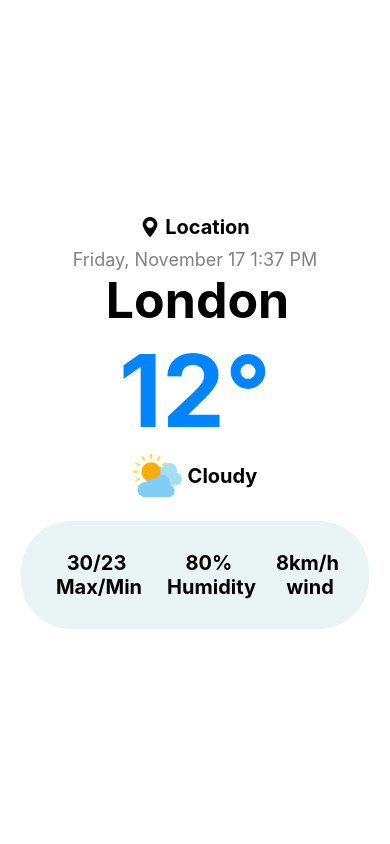
Repository: praveen080/react-native-weatherAppV1
Screen: /
These files come from the project's save history. The screen is drawn as it stood at one moment and after the next save; the edit follows.
The app was drawn by React Native's web renderer in a window 390 px wide. The project was rebuilt for these pictures with package versions that can differ from the ones it lists, and the page was loaded fresh each time. Also part of the build but not shown: Screens/startUp.js.

Above is the screen before, as saved 2023-11-17 14:22:03.

### App.js
import { StatusBar } from "expo-status-bar";
import { StyleSheet, Text, View } from "react-native";
import StartPage from "./Screens/startUp";
import Home from "./Screens/Home";

export default function App() {
  return (
    <View style={styles.container}>
      {/* <StartPage /> */}
      <Home />
    </View>
  );
}

const styles = StyleSheet.create({
  container: {
    flex: 1,
    backgroundColor: "#ff f",
    alignItems: "center",
    justifyContent: "center",
  },
});

### Screens/Home.js
import React from "react";
import { View, Text, Image, TouchableOpacity, StyleSheet } from "react-native";

const Home = () => {
  const currentDate = new Date();

  // Format the date and time
  const formattedDate = currentDate.toLocaleDateString("en-US", {
    weekday: "long",
    day: "numeric",
    month: "long",
  });

  const formattedTime = currentDate.toLocaleTimeString("en-US", {
    hour: "numeric",
    minute: "numeric",
    hour12: true,
  });
  return (
    <View style={styles.container}>
      {/* Location Text with Icon */}
      <TouchableOpacity style={styles.locationContainer}>
        <Image source={require("./assets/location.png")} style={styles.icon} />
        <Text style={styles.locationText}>Location</Text>
      </TouchableOpacity>

      {/* Current Time and Date */}
      <Text style={styles.dateTimeText}>
        {formattedDate} {formattedTime}
      </Text>
      <Text style={styles.location}>London</Text>

      {/* Numbers */}
      <View style={styles.numbersContainer}>
        <Text style={styles.number}>12°</Text>
      </View>

      <View style={styles.locationContainer}>
        <Image
          source={require("./assets/cloudy-day.png")}
          style={styles.iconS}
        />
        <Text style={styles.locationText}>Cloudy</Text>
      </View>
      <View style={styles.cardFull}>
        <View style={styles.locationContainer1}>
          <View style={styles.card}>
            <Text style={styles.cardText}>30/23</Text>
            <Text style={styles.locationText}>Max/Min</Text>
          </View>
          <View style={styles.card}>
            <Text style={styles.cardText}>80%</Text>
            <Text style={styles.locationText}>Humidity</Text>
          </View>
          <View style={styles.card}>
            <Text style={styles.cardText}>8km/h</Text>
            <Text style={styles.locationText}>wind</Text>
          </View>
        </View>
      </View>
    </View>
  );
};

export default Home;

export const styles = StyleSheet.create({
  container: {
    flex: 1,
    alignItems: "center",
    justifyContent: "center",
  },
  locationContainer: {
    flexDirection: "row",
    alignItems: "center",
  },
  locationContainer1: {
    flexDirection: "row",
    alignItems: "center",
    // backgroundColor: "white",
    borderRadius: 50,
    margin: 20,
  },
  locationText: {
    fontSize: 20,
    marginLeft: 5,
    fontWeight: "bold",
  },
  location: {
    fontSize: 50,
    marginLeft: 5,
    fontWeight: "bold",
  },
  icon: {
    width: 20,
    height: 20,
  },
  iconS: {
    width: 50,
    height: 50,
  },
  dateTimeText: {
    fontSize: 18,
    marginTop: 10,
    color: "grey",
  },
  numbersContainer: {
    flexDirection: "row",
    alignItems: "center",
    // marginTop: 20,
  },
  number: {
    fontSize: 100,
    // marginRight: 10,
    fontWeight: "bold",
    color: "#0085FE",
  },
  logo: {
    width: 100,
    height: 100,
    marginTop: 20,
  },
  card: {
    alignItems: "center",
    justifyContent: "center",
    margin: 10,
  },
  cardText: {
    fontSize: 20,
    fontWeight: "bold" },
  cardFull: {
    borderRadius: 50,
    backgroundColor: "#e9f5f4",
    marginTop: 20,
  },
});

// // Weather.js

// import React, { useState } from "react";
// import { View, Text, TextInput, Button, StyleSheet } from "react-native";
// import axios from "axios";

// const Home = () => {
//   const [city, setCity] = useState("");
//   const [weatherData, setWeatherData] = useState(null);
//   const [error, setError] = useState("");

//   const apiKey = "2891236865fb81dd11cf0be56216e1cb";

//   const fetchWeatherData = async () => {
//     try {
//       const response = await axios.get(
//         `https://api.openweathermap.org/data/2.5/weather?q=${city}&appid=${apiKey}&units=metric`
//       );
//       setWeatherData(response.data);
//       setError("");
//     } catch (error) {
//       setWeatherData(null);
//       setError("City not found. Please try again.");
//     }
//   };

//   return (
//     <View style={styles.container}>
//       <Text style={styles.title}>Weather App</Text>
//       <TextInput
//         style={styles.input}
//         placeholder="Enter city"
//         value={city}
//         onChangeText={(text) => setCity(text)}
//       />
//       <Button title="Get Weather" onPress={fetchWeatherData} />
//       {weatherData && (
//         <View>
//           <Text>{`City: ${weatherData.name}`}</Text>
//           <Text>{`Temperature: ${weatherData.main.temp}°C`}</Text>
//           {/* Add more weather details as needed */}
//         </View>
//       )}
//       {error !== "" && <Text style={styles.error}>{error}</Text>}
//     </View>
//   );
// };

// const styles = StyleSheet.create({
//   container: {
//     flex: 1,
//     justifyContent: "center",
//     alignItems: "center",
//   },
//   title: {
//     fontSize: 20,
//     fontWeight: "bold",
//     marginBottom: 10,
//   },
//   input: {
//     height: 40,
//     borderColor: "gray",
//     borderWidth: 1,
//     marginBottom: 10,
//     padding: 10,
//     width: 200,
//   },
//   error: {
//     color: "red",
//     marginTop: 10,
//   },
// });

// export default Home;

After the next save:
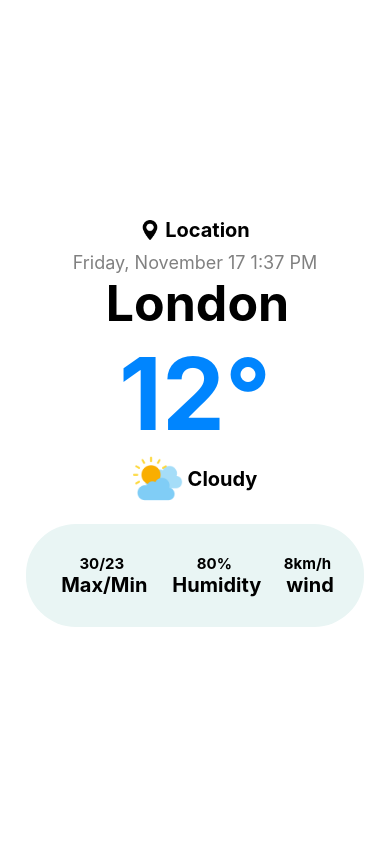
Saved 6 s later.
--- a/Screens/Home.js
+++ b/Screens/Home.js
@@ -126,7 +126,7 @@ export const styles = StyleSheet.create({
     margin: 10,
   },
   cardText: {
-    fontSize: 20,
+    fontSize: 15,
     fontWeight: "bold" },
   cardFull: {
     borderRadius: 50,
